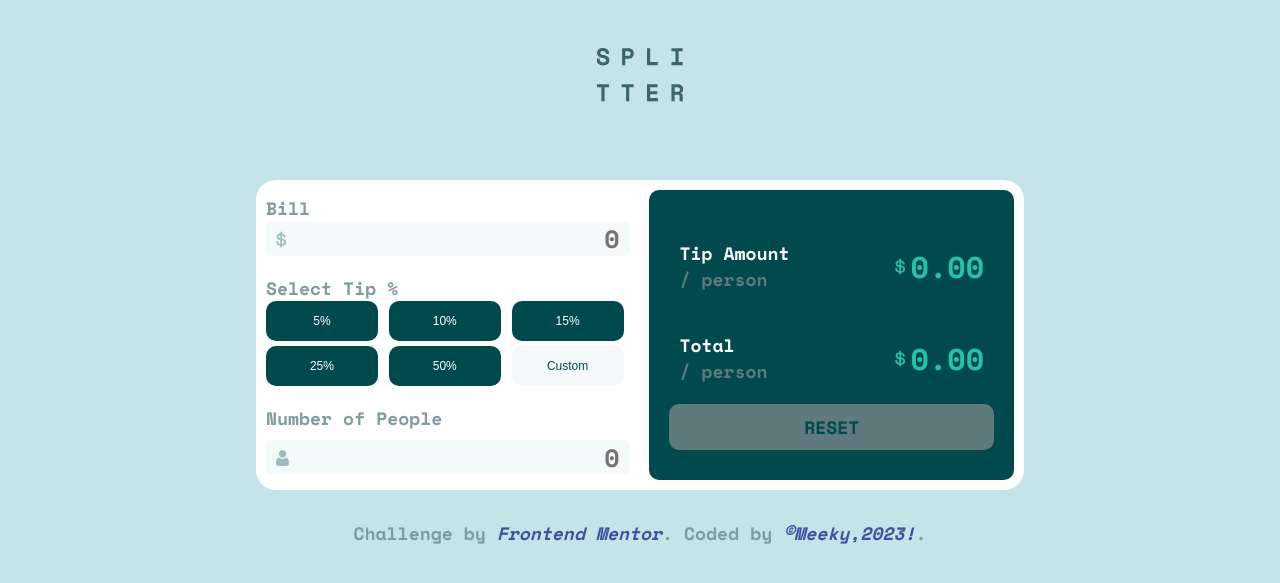
Repository: MeekyBerry/Frontend-Mentor-Challenges
Page: tip-calculator-app/index.html
The author's editor kept a copy of each file at every save. The page is drawn from the files as they stood at one save, then again after the next save.
The browser window is 1280 px wide. The pictures show the whole page.
Empty fields were first filled with sample values (such as "Sample", 5 or name@example.com).
After loading, the first visible `#reset` was clicked once.

Above is the page before, as saved 2023-04-07 18:24:30.

After the next save:
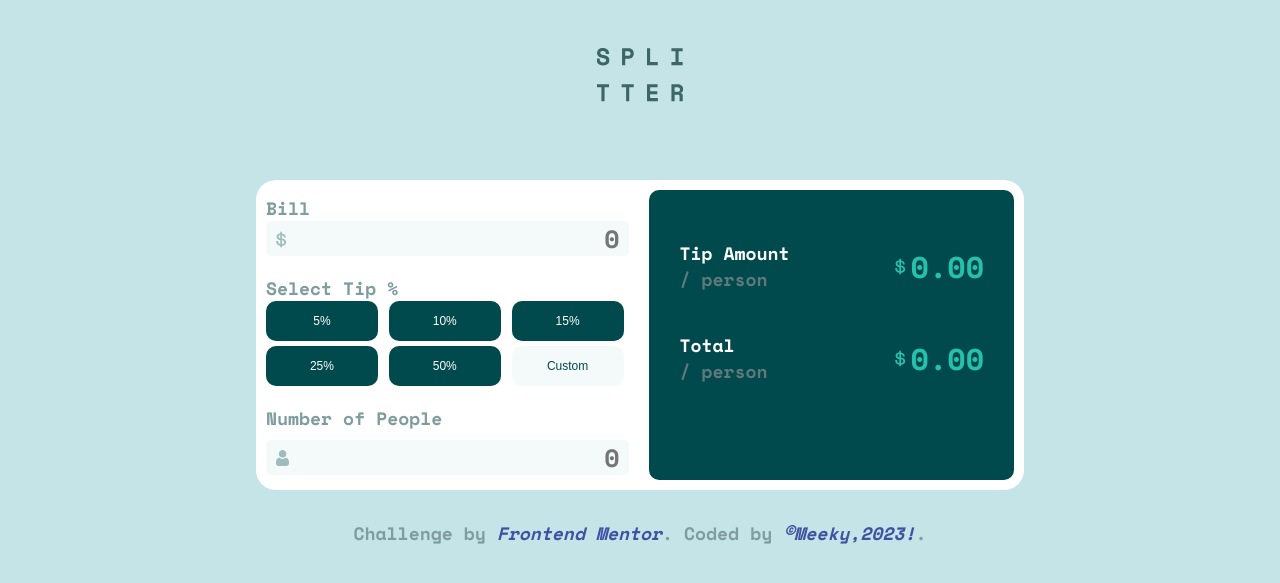
Saved 2 min 59 s later.
--- a/tip-calculator-app/script.js
+++ b/tip-calculator-app/script.js
@@ -99,7 +99,7 @@ resetButton.addEventListener("click", () => {
     customInput.parentNode.replaceChild(customButton, customInput);
   }
   resetButton.disabled = true;
-  resetButton.style.backgroundColor = "hsl(186, 14%, 43%)";
+  resetButton.style.backgroundColor = "hsl(183, 100%, 15%)";
   validatePeople.style.display = "none";
 });
 
@@ -107,7 +107,7 @@ resetButton.addEventListener("click", () => {
 const disableReset = () => {
   if (billInput.value.trim() === "" && peopleInput.value.trim() === "") {
     resetButton.disabled = true;
-    resetButton.style.backgroundColor = "hsl(186, 14%, 43%)";
+    resetButton.style.backgroundColor = "hsl(183, 100%, 15%)";
   } else {
     resetButton.disabled = false;
     resetButton.style.backgroundColor = "hsl(172, 67%, 45%)";
